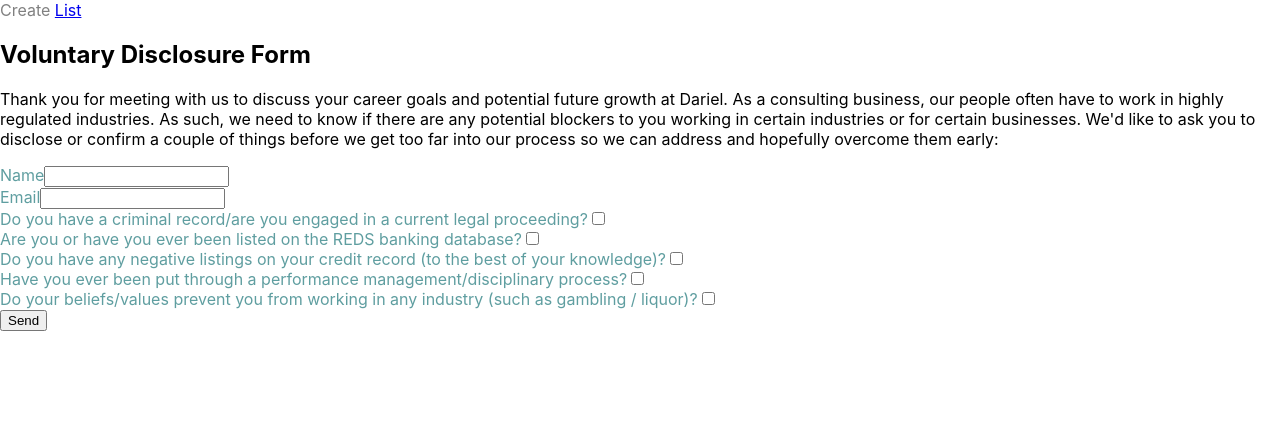
Repository: NtuthukoM/VoluntaryDisclosure
Page: / (app in disclosures-client/)
These files come from the project's save history. The page is drawn as it stood at one moment and after a run of saves; the edit follows.
The browser window is 1280 px wide. The pictures show the whole page.
The project was rebuilt for these pictures with package versions that can differ from the ones it lists, and the page was loaded fresh each time. Also part of the build but not shown: disclosures-client/src/pages/ListDisclosures.js, disclosures-client/src/pages/DisclosureDetails.js, disclosures-client/src/pages/DisclosureSubmitted.js. Imported but missing from the stored project, and not drawn on this page: disclosures-client/src/boo.

Above is the page before, as saved 2023-05-30 20:32:00.

After the next 3 saves:
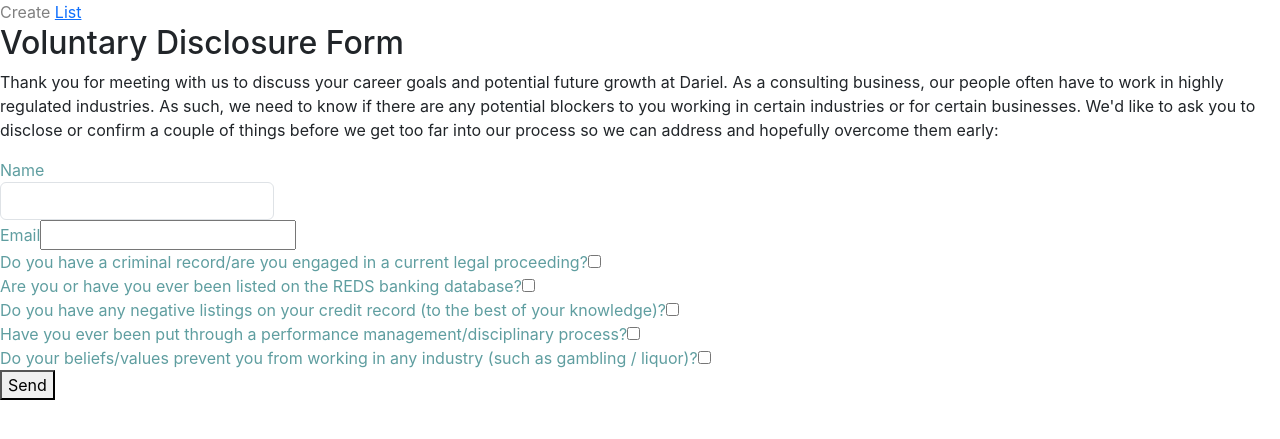
The 3 saves are shown as one change because they came seconds apart.
The last was saved 9 s later.
--- a/disclosures-client/src/index.js
+++ b/disclosures-client/src/index.js
@@ -1,6 +1,6 @@
 import React from 'react';
 import ReactDOM from 'react-dom/client';
-import './boo';
+import './bootstrap.css';
 import './index.css';
 import App from './App';
 import reportWebVitals from './reportWebVitals';
